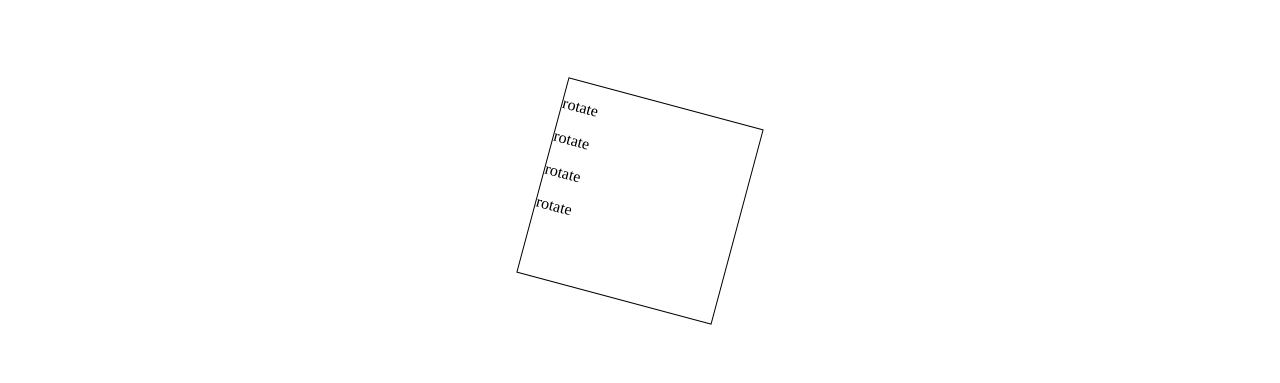
Repository: Jhin7782/HBuilder-Projects
Page: 【CSS】/动画/2d/transform/1.基本用法/rotate.html
These files come from the project's save history. The page is drawn as it stood at one moment and after the next save; the edit follows.
The browser window is 1280 px wide. The pictures show the whole page.

Above is the page before, as saved 2017-06-13 18:19:58.

### 【CSS】/动画/2d/transform/1.基本用法/rotate.html
<!DOCTYPE html>
<html>
	<head>
		<meta charset="UTF-8">
		<title></title>
		<style type="text/css">
			#box {
				width: 200px;
				height: 200px;
				margin: 100px auto;
				border: 1px solid black;
				/*-webkit-transform: rotate(45deg);*/
				/*-webkit-transform: rotateX(45deg);*/
				/*-webkit-transform: rotateY(45deg);*/
				-webkit-transform: rotateZ(15deg);
			}
		</style>
	</head>
	<body>
		<div id="box">
			<p>rotate</p>
			<p>rotate</p>
			<p>rotate</p>
			<p>rotate</p>
		</div>
	</body>
</html>

After the next save:
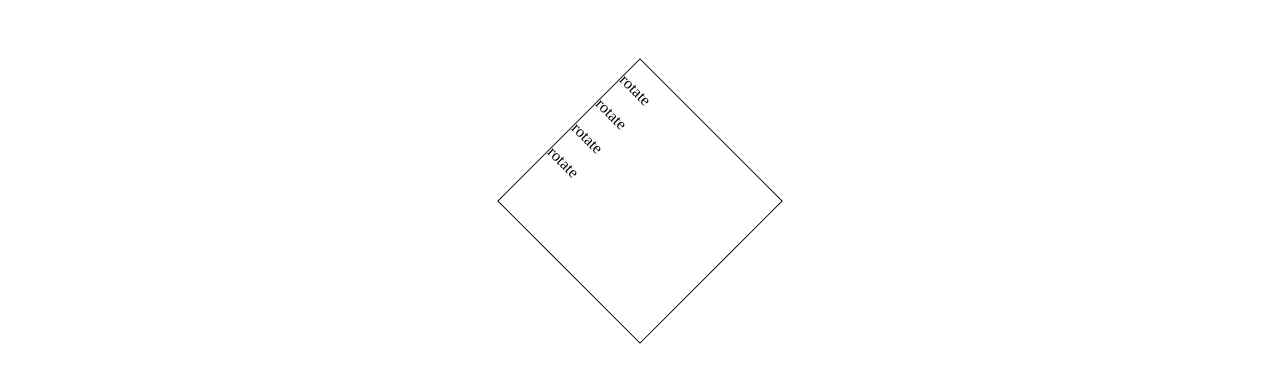
Saved 3 s later.
--- a/【CSS】/动画/2d/transform/1.基本用法/rotate.html
+++ b/【CSS】/动画/2d/transform/1.基本用法/rotate.html
@@ -12,7 +12,7 @@
 				/*-webkit-transform: rotate(45deg);*/
 				/*-webkit-transform: rotateX(45deg);*/
 				/*-webkit-transform: rotateY(45deg);*/
-				-webkit-transform: rotateZ(15deg);
+				-webkit-transform: rotateZ(45deg);
 			}
 		</style>
 	</head>
